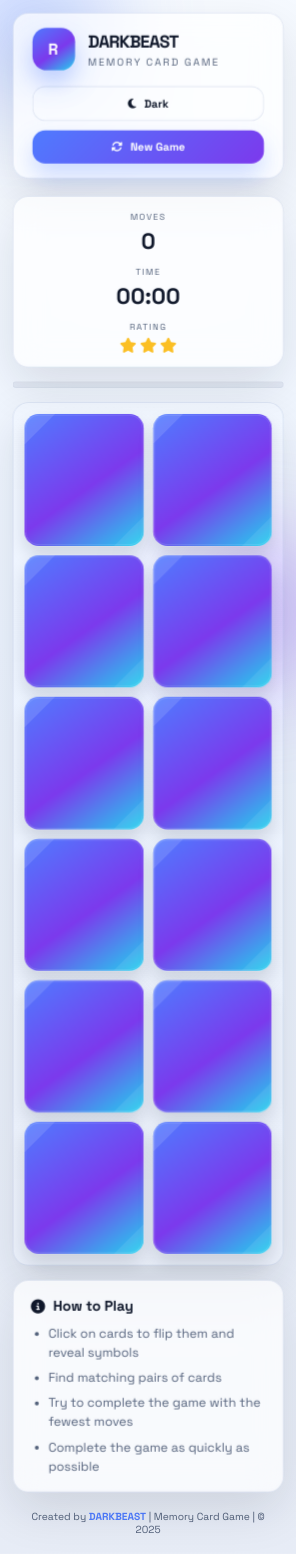
Repository: ruzni-dev/17-memory-card-game
Page: index.html
An editor plug-in stored every save of this project. The page is shown before and after the next save, followed by the edit.
The browser window is 375 px wide. The pictures show the whole page, at 79% of full size.

Above is the page before, as saved 2026-05-20 11:51:59.

### index.html
<!DOCTYPE html>
<html lang="en">
<head>
    <meta charset="UTF-8">
    <meta name="viewport" content="width=device-width, initial-scale=1.0">
    <title>Memory Card Game</title>
    <link rel="stylesheet" href="https://cdnjs.cloudflare.com/ajax/libs/font-awesome/6.4.0/css/all.min.css">
    <link rel="preconnect" href="https://fonts.googleapis.com">
    <link rel="preconnect" href="https://fonts.gstatic.com" crossorigin>
    <link href="https://fonts.googleapis.com/css2?family=Space+Grotesk:wght@400;500;700&display=swap" rel="stylesheet">
    <link rel="stylesheet" href="assets/css/style.css">
</head>
<body>
    <div class="ambient ambient-one"></div>
    <div class="ambient ambient-two"></div>

    <div class="container">
        <header class="glass-panel">
            <div class="brand">
                <div class="logo">
                    <span>R</span>
                </div>
                <div class="brand-text">
                    <h1>DARKBEAST</h1>
                    <p>Memory Card Game</p>
                </div>
            </div>
            <div class="game-controls">
                <button class="theme-toggle btn-secondary" id="theme-toggle" type="button" aria-label="Toggle theme">
                    <i class="fas fa-moon" id="theme-icon"></i>
                    <span id="theme-label">Dark</span>
                </button>
                <button class="btn" id="restart-btn" type="button">
                    <i class="fas fa-sync-alt"></i> New Game
                </button>
            </div>
        </header>

        <main class="game-container">
            <section class="game-info glass-panel">
                <div class="info-item">
                    <span>Moves</span>
                    <div class="info-value" id="moves">0</div>
                </div>
                <div class="info-item">
                    <span>Time</span>
                    <div class="info-value" id="timer">00:00</div>
                </div>
                <div class="info-item">
                    <span>Rating</span>
                    <div class="stars" id="stars">
                        <i class="fas fa-star"></i>
                        <i class="fas fa-star"></i>
                        <i class="fas fa-star"></i>
                    </div>
                </div>
            </section>

            <div class="progress-bar">
                <div class="progress" id="progress"></div>
            </div>

            <div class="memory-board" id="game-board">
                <!-- Cards will be generated by JavaScript -->
            </div>

            <section class="instructions glass-panel">
                <h3><i class="fas fa-info-circle"></i> How to Play</h3>
                <ul>
                    <li>Click on cards to flip them and reveal symbols</li>
                    <li>Find matching pairs of cards</li>
                    <li>Try to complete the game with the fewest moves</li>
                    <li>Complete the game as quickly as possible</li>
                </ul>
            </section>
        </main>

        <div class="win-screen" id="win-screen">
            <div class="win-content glass-panel">
                <h2>Well Done!</h2>
                <p>You've matched all the cards successfully</p>

                <div class="win-stats">
                    <div class="win-stat">
                        <span>Time</span>
                        <div class="win-stat-value" id="win-time">00:00</div>
                    </div>
                    <div class="win-stat">
                        <span>Moves</span>
                        <div class="win-stat-value" id="win-moves">0</div>
                    </div>
                    <div class="win-stat">
                        <span>Rating</span>
                        <div class="win-stat-value" id="win-rating">3/3</div>
                    </div>
                </div>

                <button class="btn" id="play-again-btn" type="button">
                    <i class="fas fa-play"></i> Play Again
                </button>
            </div>
        </div>

        <footer>
            <p>Created by <a href="https://darkbeast2003.github.io/portfolio1/">DARKBEAST</a> | Memory Card Game | &copy; 2025</p>
        </footer>
    </div>

    <script src="assets/js/script.js"></script>
</body>
</html>

### assets/css/style.css
:root {
    color-scheme: light;
    --bg: radial-gradient(circle at top, #f8fbff 0%, #edf4ff 42%, #e7ecf6 100%);
    --text: #0f172a;
    --text-soft: #52607a;
    --surface: rgba(255, 255, 255, 0.7);
    --surface-strong: rgba(255, 255, 255, 0.9);
    --border: rgba(123, 147, 197, 0.22);
    --shadow: 0 24px 60px rgba(15, 23, 42, 0.12);
    --accent: #4f7cff;
    --accent-2: #7c3aed;
    --accent-3: #22d3ee;
    --card-back: linear-gradient(145deg, #4f7cff 0%, #7c3aed 55%, #22d3ee 100%);
    --card-front: linear-gradient(145deg, rgba(255, 255, 255, 0.95) 0%, rgba(244, 247, 255, 0.96) 100%);
    --board-glow: rgba(79, 124, 255, 0.18);
}

[data-theme="dark"] {
    color-scheme: dark;
    --bg: radial-gradient(circle at top, #0f172a 0%, #0b1020 46%, #070b16 100%);
    --text: #e5eefc;
    --text-soft: #9db0d1;
    --surface: rgba(13, 18, 32, 0.72);
    --surface-strong: rgba(15, 22, 40, 0.88);
    --border: rgba(143, 169, 255, 0.18);
    --shadow: 0 30px 70px rgba(0, 0, 0, 0.45);
    --accent: #7dd3fc;
    --accent-2: #a78bfa;
    --accent-3: #34d399;
    --card-back: linear-gradient(145deg, #0ea5e9 0%, #8b5cf6 55%, #14b8a6 100%);
    --card-front: linear-gradient(145deg, rgba(15, 23, 42, 0.96) 0%, rgba(18, 28, 52, 0.98) 100%);
    --board-glow: rgba(125, 211, 252, 0.18);
}

* {
    margin: 0;
    padding: 0;
    box-sizing: border-box;
    font-family: 'Space Grotesk', sans-serif;
}

body {
    min-height: 100vh;
    padding: 24px;
    display: flex;
    justify-content: center;
    align-items: center;
    background: var(--bg);
    color: var(--text);
    overflow-x: hidden;
    position: relative;
}

body::before {
    content: '';
    position: fixed;
    inset: 0;
    background-image: linear-gradient(rgba(255, 255, 255, 0.05) 1px, transparent 1px), linear-gradient(90deg, rgba(255, 255, 255, 0.05) 1px, transparent 1px);
    background-size: 56px 56px;
    mask-image: radial-gradient(circle at center, rgba(0, 0, 0, 0.9), transparent 78%);
    pointer-events: none;
    opacity: 0.35;
}

.ambient {
    position: fixed;
    width: 42vw;
    height: 42vw;
    border-radius: 50%;
    filter: blur(70px);
    opacity: 0.5;
    pointer-events: none;
    z-index: 0;
}

.ambient-one {
    top: -12vw;
    left: -10vw;
    background: var(--accent);
}

.ambient-two {
    right: -10vw;
    bottom: -14vw;
    background: var(--accent-2);
}

.container {
    width: min(1080px, 100%);
    margin: 0 auto;
    position: relative;
    z-index: 1;
}

.glass-panel {
    background: var(--surface);
    border: 1px solid var(--border);
    backdrop-filter: blur(18px);
    -webkit-backdrop-filter: blur(18px);
    box-shadow: var(--shadow);
}

header {
    display: flex;
    justify-content: space-between;
    align-items: center;
    gap: 20px;
    margin-bottom: 22px;
    padding: 18px 24px;
    border-radius: 24px;
}

.brand {
    display: flex;
    align-items: center;
    gap: 16px;
}

.logo {
    width: 54px;
    height: 54px;
    border-radius: 18px;
    display: grid;
    place-items: center;
    background: linear-gradient(145deg, var(--accent) 0%, var(--accent-2) 55%, var(--accent-3) 100%);
    box-shadow: 0 16px 30px rgba(79, 124, 255, 0.35);
}

.logo span {
    color: #fff;
    font-size: 20px;
    font-weight: 700;
    letter-spacing: 0.08em;
}

.brand-text h1 {
    font-size: 26px;
    letter-spacing: -0.04em;
    color: var(--text);
}

.brand-text p {
    margin-top: 4px;
    color: var(--text-soft);
    font-size: 13px;
    letter-spacing: 0.18em;
    text-transform: uppercase;
}

.game-controls {
    display: flex;
    align-items: center;
    gap: 12px;
    flex-wrap: wrap;
}

.btn,
.btn-secondary {
    border: none;
    cursor: pointer;
    display: inline-flex;
    align-items: center;
    justify-content: center;
    gap: 10px;
    padding: 12px 18px;
    border-radius: 16px;
    font-size: 14px;
    font-weight: 700;
    color: #fff;
    transition: transform 0.24s ease, box-shadow 0.24s ease, opacity 0.24s ease;
}

.btn {
    background: linear-gradient(135deg, var(--accent) 0%, var(--accent-2) 100%);
    box-shadow: 0 16px 30px rgba(79, 124, 255, 0.28);
}

.btn-secondary {
    background: rgba(255, 255, 255, 0.08);
    color: var(--text);
    border: 1px solid var(--border);
}

.btn:hover,
.btn-secondary:hover {
    transform: translateY(-2px);
}

.btn:active,
.btn-secondary:active {
    transform: translateY(0);
}

.game-container {
    display: flex;
    flex-direction: column;
    align-items: center;
    gap: 18px;
}

.game-info {
    display: grid;
    grid-template-columns: repeat(3, minmax(0, 1fr));
    gap: 14px;
    width: 100%;
    padding: 18px;
    border-radius: 24px;
}

.info-item {
    display: flex;
    flex-direction: column;
    align-items: center;
    gap: 6px;
    text-align: center;
    color: var(--text-soft);
}

.info-item span,
.win-stat span {
    text-transform: uppercase;
    letter-spacing: 0.16em;
    font-size: 11px;
}

.info-value {
    font-size: 28px;
    font-weight: 700;
    color: var(--text);
}

.stars {
    display: flex;
    gap: 4px;
    color: #fbbf24;
    font-size: 19px;
}

.progress-bar {
    width: 100%;
    height: 8px;
    border-radius: 999px;
    overflow: hidden;
    background: rgba(148, 163, 184, 0.16);
    box-shadow: inset 0 0 0 1px rgba(148, 163, 184, 0.08);
}

.progress {
    height: 100%;
    width: 0%;
    border-radius: inherit;
    background: linear-gradient(90deg, var(--accent) 0%, var(--accent-2) 50%, var(--accent-3) 100%);
    box-shadow: 0 0 18px var(--board-glow);
    transition: width 0.3s ease;
}

.memory-board {
    display: grid;
    grid-template-columns: repeat(4, minmax(0, 1fr));
    gap: 16px;
    width: 100%;
    padding: 18px;
    border-radius: 28px;
    background: linear-gradient(180deg, rgba(255, 255, 255, 0.04), rgba(255, 255, 255, 0.02));
    border: 1px solid var(--border);
    box-shadow: var(--shadow);
    perspective: 1200px;
}

@media (min-width: 768px) {
    .memory-board {
        grid-template-columns: repeat(6, minmax(0, 1fr));
    }
}

.card {
    aspect-ratio: 0.9;
    position: relative;
    cursor: pointer;
    transform-style: preserve-3d;
    transition: transform 0.52s cubic-bezier(0.16, 1, 0.3, 1), box-shadow 0.24s ease;
    border-radius: 18px;
    box-shadow: 0 12px 22px rgba(15, 23, 42, 0.14);
}

.card:hover {
    box-shadow: 0 18px 30px rgba(15, 23, 42, 0.2);
}

.card.flipped {
    transform: rotateY(180deg) translateY(-2px);
}

.card-face {
    position: absolute;
    inset: 0;
    backface-visibility: hidden;
    border-radius: 18px;
    display: grid;
    place-items: center;
    overflow: hidden;
}

.card-face::before {
    content: '';
    position: absolute;
    inset: 1px;
    border-radius: 17px;
    border: 1px solid rgba(255, 255, 255, 0.16);
    pointer-events: none;
}

.card-front {
    transform: rotateY(180deg);
    background: var(--card-front);
    color: var(--accent);
    font-size: 36px;
}

.card-back {
    background: var(--card-back);
}

.card-back::after {
    content: '';
    position: absolute;
    inset: 0;
    background-image: linear-gradient(135deg, rgba(255, 255, 255, 0.22) 0 12%, transparent 12% 88%, rgba(255, 255, 255, 0.14) 88% 100%);
    mix-blend-mode: screen;
    opacity: 0.55;
}

.card.match {
    box-shadow: 0 0 0 1px rgba(255, 255, 255, 0.16), 0 18px 34px rgba(34, 211, 238, 0.18);
}

.instructions {
    width: 100%;
    padding: 20px 22px;
    border-radius: 24px;
}

.instructions h3 {
    display: flex;
    align-items: center;
    gap: 10px;
    margin-bottom: 12px;
    font-size: 18px;
    color: var(--text);
}

.instructions ul {
    padding-left: 22px;
    color: var(--text-soft);
    display: grid;
    gap: 8px;
}

.instructions li {
    line-height: 1.5;
}

.win-screen {
    position: fixed;
    inset: 0;
    background: rgba(5, 10, 20, 0.68);
    display: flex;
    justify-content: center;
    align-items: center;
    z-index: 100;
    opacity: 0;
    pointer-events: none;
    transition: opacity 0.35s ease;
}

.win-screen.active {
    opacity: 1;
    pointer-events: all;
}

.win-content {
    width: min(540px, calc(100% - 32px));
    padding: 36px;
    border-radius: 28px;
    text-align: center;
    transform: scale(0.92);
    transition: transform 0.35s ease;
}

.win-screen.active .win-content {
    transform: scale(1);
}

.win-content h2 {
    font-size: 34px;
    color: var(--text);
    margin-bottom: 10px;
}

.win-content p {
    color: var(--text-soft);
}

.win-stats {
    display: grid;
    grid-template-columns: repeat(3, minmax(0, 1fr));
    gap: 14px;
    margin: 24px 0 26px;
}

.win-stat {
    padding: 14px 12px;
    border-radius: 18px;
    background: rgba(255, 255, 255, 0.06);
    border: 1px solid var(--border);
}

.win-stat-value {
    margin-top: 8px;
    font-size: 24px;
    font-weight: 700;
    color: var(--text);
}

footer {
    text-align: center;
    padding: 22px 16px 6px;
    color: var(--text-soft);
    font-size: 13px;
}

footer a {
    color: var(--accent);
    text-decoration: none;
    font-weight: 700;
}

footer a:hover {
    text-decoration: underline;
}

@keyframes pulse {
    0% { transform: scale(1); }
    50% { transform: scale(1.05); }
    100% { transform: scale(1); }
}

.pulse {
    animation: pulse 0.4s ease-in-out;
}

.match {
    animation: pulse 0.4s ease-in-out 2;
}

@media (max-width: 820px) {
    body {
        padding: 16px;
    }

    header,
    .game-info,
    .instructions,
    .memory-board,
    .win-content {
        border-radius: 20px;
    }

    header {
        flex-direction: column;
        align-items: stretch;
    }

    .game-controls {
        justify-content: space-between;
    }
}

@media (max-width: 560px) {
    .game-info,
    .win-stats {
        grid-template-columns: 1fr;
    }

    .memory-board {
        grid-template-columns: repeat(3, minmax(0, 1fr));
        gap: 12px;
        padding: 14px;
    }

    .brand-text h1 {
        font-size: 22px;
    }

    .btn,
    .btn-secondary {
        width: 100%;
    }

    .game-controls {
        flex-direction: column;
    }
}

@media (max-width: 420px) {
    .memory-board {
        grid-template-columns: repeat(2, minmax(0, 1fr));
    }

    .card-front {
        font-size: 30px;
    }
}

### assets/js/script.js
// DOM Elements
const gameBoard = document.getElementById('game-board');
const movesDisplay = document.getElementById('moves');
const timerDisplay = document.getElementById('timer');
const starsDisplay = document.getElementById('stars');
const winScreen = document.getElementById('win-screen');
const winTime = document.getElementById('win-time');
const winMoves = document.getElementById('win-moves');
const winRating = document.getElementById('win-rating');
const restartBtn = document.getElementById('restart-btn');
const playAgainBtn = document.getElementById('play-again-btn');
const progressBar = document.getElementById('progress');
const themeToggle = document.getElementById('theme-toggle');
const themeIcon = document.getElementById('theme-icon');
const themeLabel = document.getElementById('theme-label');

// Game state
let cards = [];
let flippedCards = [];
let matchedPairs = 0;
let moves = 0;
let timer = null;
let seconds = 0;
let starRating = 3;
let gameStarted = false;
const themeStorageKey = 'memory-game-theme';

// Card icons
const cardIcons = [
    'fa-heart', 'fa-star', 'fa-moon', 'fa-sun',
    'fa-cloud', 'fa-bolt', 'fa-snowflake', 'fa-gem',
    'fa-key', 'fa-flag', 'fa-bell', 'fa-music'
];

function getPreferredTheme() {
    const storedTheme = localStorage.getItem(themeStorageKey);
    if (storedTheme === 'light' || storedTheme === 'dark') {
        return storedTheme;
    }

    return window.matchMedia('(prefers-color-scheme: dark)').matches ? 'dark' : 'light';
}

function applyTheme(theme) {
    document.documentElement.setAttribute('data-theme', theme);
    localStorage.setItem(themeStorageKey, theme);

    const isDark = theme === 'dark';
    themeIcon.className = isDark ? 'fas fa-sun' : 'fas fa-moon';
    themeLabel.textContent = isDark ? 'Light' : 'Dark';
}

function toggleTheme() {
    const currentTheme = document.documentElement.getAttribute('data-theme') === 'dark' ? 'dark' : 'light';
    applyTheme(currentTheme === 'dark' ? 'light' : 'dark');
}

// Initialize game
function initGame() {
    // Reset game state
    gameBoard.innerHTML = '';
    flippedCards = [];
    matchedPairs = 0;
    moves = 0;
    seconds = 0;
    starRating = 3;
    gameStarted = false;
    progressBar.style.width = '0%';

    // Reset displays
    movesDisplay.textContent = moves;
    timerDisplay.textContent = '00:00';
    starsDisplay.innerHTML = '<i class="fas fa-star"></i><i class="fas fa-star"></i><i class="fas fa-star"></i>';

    // Create card deck (duplicate and shuffle)
    let deck = [];
    cardIcons.slice(0, 6).forEach(icon => {
        deck.push(icon);
        deck.push(icon);
    });

    // Shuffle deck
    deck = shuffleArray(deck);

    // Create cards
    deck.forEach((icon, index) => {
        const card = document.createElement('div');
        card.className = 'card';
        card.dataset.icon = icon;
        card.dataset.index = index;

        card.innerHTML = `
            <div class="card-face card-back"></div>
            <div class="card-face card-front">
                <i class="fas ${icon}"></i>
            </div>
        `;

        card.addEventListener('click', flipCard);
        gameBoard.appendChild(card);
        cards.push(card);
    });
}

// Shuffle array (Fisher-Yates algorithm)
function shuffleArray(array) {
    for (let i = array.length - 1; i > 0; i--) {
        const j = Math.floor(Math.random() * (i + 1));
        [array[i], array[j]] = [array[j], array[i]];
    }
    return array;
}

// Flip card function
function flipCard() {
    if (!gameStarted) {
        startTimer();
        gameStarted = true;
    }

    // Prevent flipping matched cards or when 2 are already flipped
    if (this.classList.contains('flipped') || flippedCards.length === 2) {
        return;
    }

    // Flip the card
    this.classList.add('flipped');
    flippedCards.push(this);

    // When two cards are flipped
    if (flippedCards.length === 2) {
        moves++;
        movesDisplay.textContent = moves;

        // Update progress bar
        progressBar.style.width = `${(matchedPairs / 6) * 100}%`;

        // Update star rating
        updateRating();

        // Check for match
        const isMatch = flippedCards[0].dataset.icon === flippedCards[1].dataset.icon;

        if (isMatch) {
            // Match found
            flippedCards[0].classList.add('match');
            flippedCards[1].classList.add('match');
            flippedCards = [];
            matchedPairs++;

            // Update progress bar
            progressBar.style.width = `${(matchedPairs / 6) * 100}%`;

            // Check for win
            if (matchedPairs === 6) {
                endGame();
            }
        } else {
            // No match - flip back after delay
            setTimeout(() => {
                flippedCards[0].classList.remove('flipped');
                flippedCards[1].classList.remove('flipped');
                flippedCards = [];
            }, 800);
        }
    }
}

// Start game timer
function startTimer() {
    timer = setInterval(() => {
        seconds++;
        const minutes = Math.floor(seconds / 60).toString().padStart(2, '0');
        const secs = (seconds % 60).toString().padStart(2, '0');
        timerDisplay.textContent = `${minutes}:${secs}`;
    }, 1000);
}

// Update star rating based on moves
function updateRating() {
    if (moves === 15) {
        starRating = 2;
        starsDisplay.innerHTML = '<i class="fas fa-star"></i><i class="fas fa-star"></i><i class="fas fa-star" style="opacity:0.3"></i>';
    } else if (moves === 25) {
        starRating = 1;
        starsDisplay.innerHTML = '<i class="fas fa-star"></i><i class="fas fa-star" style="opacity:0.3"></i><i class="fas fa-star" style="opacity:0.3"></i>';
    } else if (moves > 35) {
        starRating = 0;
        starsDisplay.innerHTML = '<i class="fas fa-star" style="opacity:0.3"></i><i class="fas fa-star" style="opacity:0.3"></i><i class="fas fa-star" style="opacity:0.3"></i>';
    }
}

// End game function
function endGame() {
    clearInterval(timer);
    progressBar.style.width = '100%';

    // Set win screen values
    winTime.textContent = timerDisplay.textContent;
    winMoves.textContent = moves;
    winRating.textContent = `${starRating}/3`;

    // Show win screen
    winScreen.classList.add('active');
}

// Restart game
function restartGame() {
    clearInterval(timer);
    winScreen.classList.remove('active');
    initGame();
}

// Event listeners
restartBtn.addEventListener('click', restartGame);
playAgainBtn.addEventListener('click', restartGame);
themeToggle.addEventListener('click', toggleTheme);

// Initialize game on load
applyTheme(getPreferredTheme());
document.addEventListener('DOMContentLoaded', initGame);

After the next save:
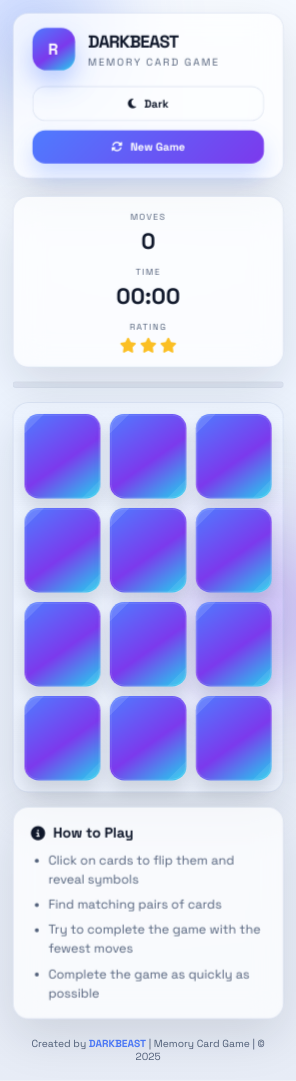
Saved 4 min 53 s later.
--- a/assets/css/style.css
+++ b/assets/css/style.css
@@ -501,13 +501,3 @@ footer a:hover {
         flex-direction: column;
     }
 }
-
-@media (max-width: 420px) {
-    .memory-board {
-        grid-template-columns: repeat(2, minmax(0, 1fr));
-    }
-
-    .card-front {
-        font-size: 30px;
-    }
-}
